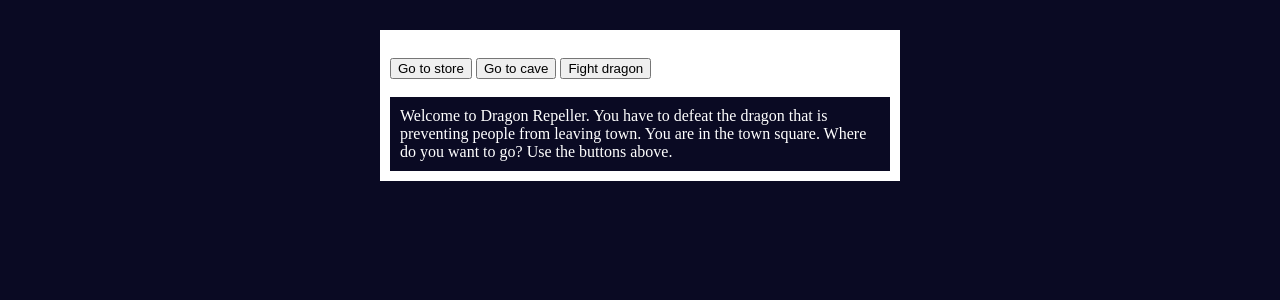
Repository: Lungdjos/role_playing_game
Page: index.html
An editor plug-in stored every save of this project. The page is shown before and after a run of saves, followed by the edit.
The browser window is 1280 px wide. The pictures show the whole page.

Above is the page before, as saved 2024-02-07 06:39:49.

After the next 2 saves:
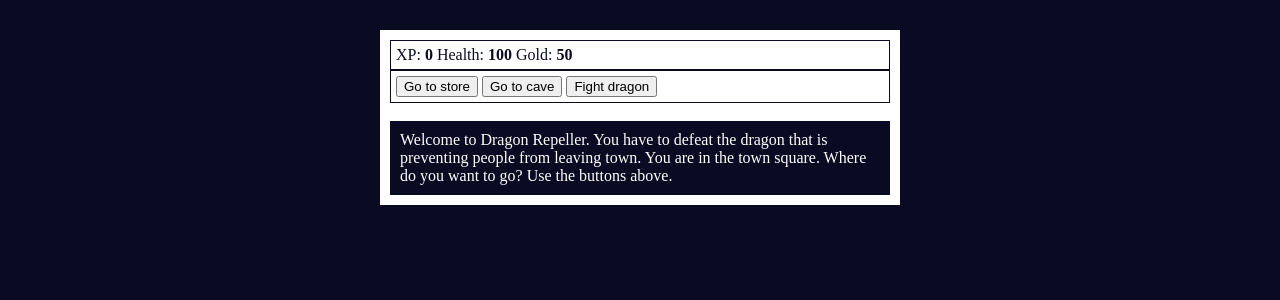
The 2 saves are shown as one change because they came seconds apart.
The last was saved 10 s later.
--- a/styles.css
+++ b/styles.css
@@ -26,4 +26,11 @@ body {
 }
 
 
-/* stat */
+/* stats and controls styling */
+
+#controls,
+#stats {
+    border: 1px solid #0a0a23;
+    color: #0a0a23;
+    padding: 5px;
+}
